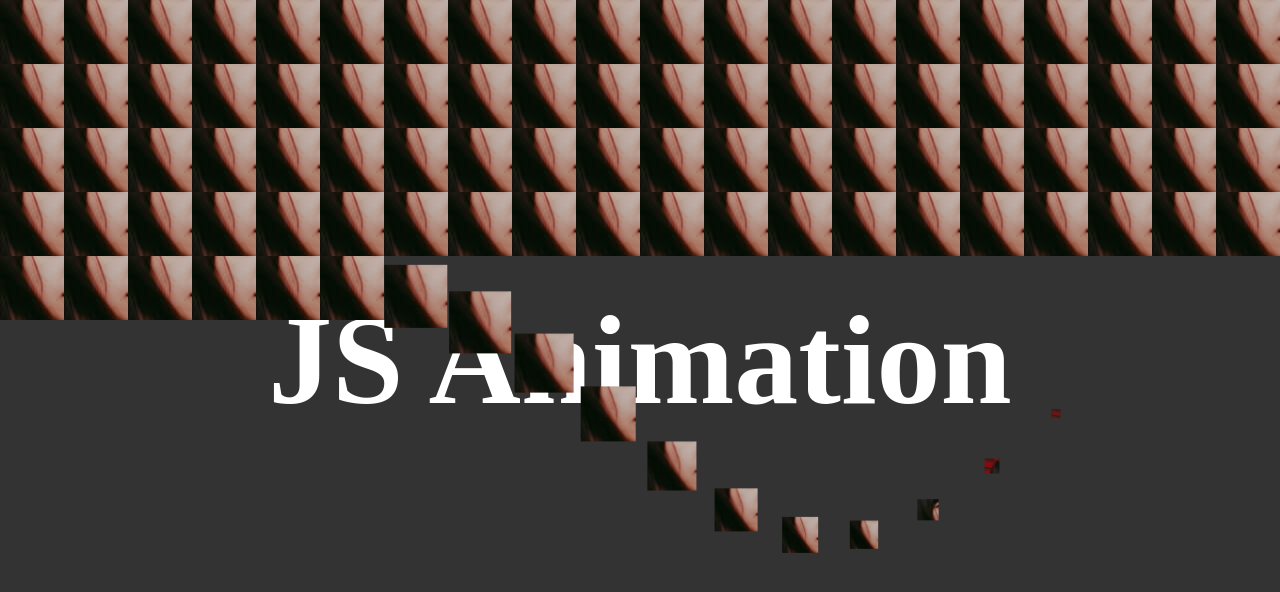
Repository: honghyunAhn/DailyFront
Page: Day210214_CSS_&_Javascript_Background_Animation_Effects/index.html
An editor plug-in stored every save of this project. The page is shown before and after the next save, followed by the edit.
The browser window is 1280 px wide. The pictures show the whole page.

Above is the page before, as saved 2021-02-15 15:00:18.

After the next save:
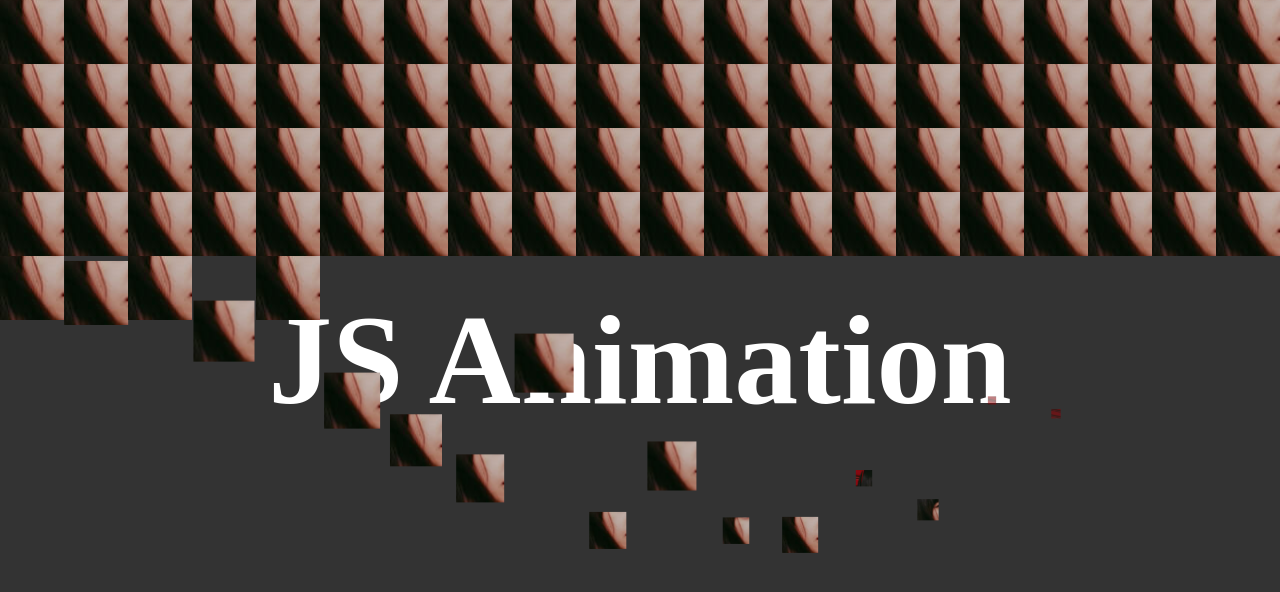
Saved 3 min 2 s later.
--- a/Day210214_CSS_&_Javascript_Background_Animation_Effects/style.css
+++ b/Day210214_CSS_&_Javascript_Background_Animation_Effects/style.css
@@ -37,6 +37,15 @@ section h2 {
   height: 5vw;
   animation: animate 0.75s ease-in-out forwards;
 }
+.banner .blocks:nth-child(even) {
+  animation: animate 1s ease-in-out forwards;
+}
+.banner .blocks:nth-child(7n + 3) {
+  animation: animate 2.5s ease-in-out forwards;
+}
+.banner .blocks:nth-child(7n + 3) {
+  animation: animate 1s ease-in-out forwards;
+}
 @keyframes animate {
   0% {
     opacity: 0;
